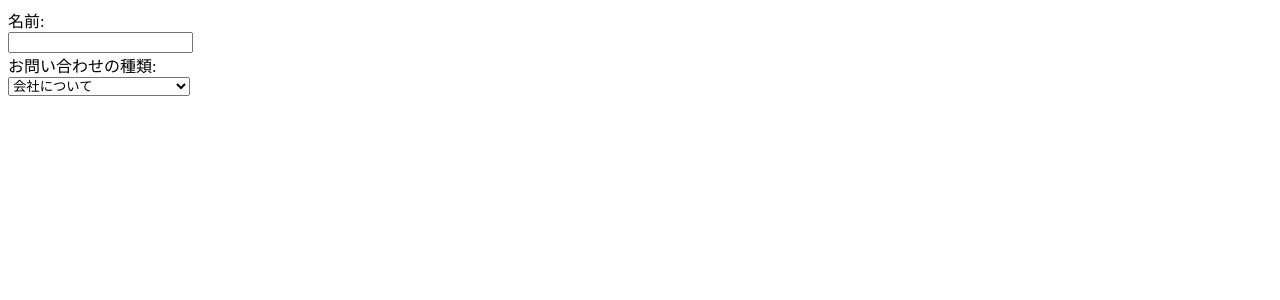
Repository: y-inoue1220/test
Page: http://localhost/HelloServlet/inquiry.jsp
An editor plug-in stored every save of this project. The page is shown before and after the next save, followed by the edit.
The browser window is 1280 px wide. The pictures show the whole page.
The page is served by Tomcat 9.

Above is the page before, as saved 2019-10-04 10:23:43.

After the next save:
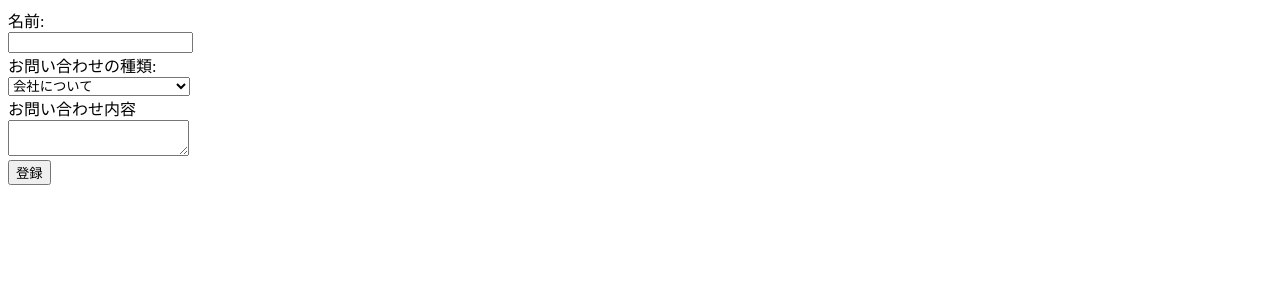
Saved 101 s later.
--- a/HelloServlet/WebContent/inquiry.jsp
+++ b/HelloServlet/WebContent/inquiry.jsp
@@ -13,10 +13,10 @@
 			<option value="company">会社について</option>
 			<option value="product">製品について</option>
 			<option value="support">アフターサポートについて</option>
-		</select>
-
-
-
+		</select><br>お問い合わせ内容<br>
+		<textarea name="body">
+	</textarea>
+		<br><input type="submit" value="登録">
 	</form>
 </body>
 </html>
